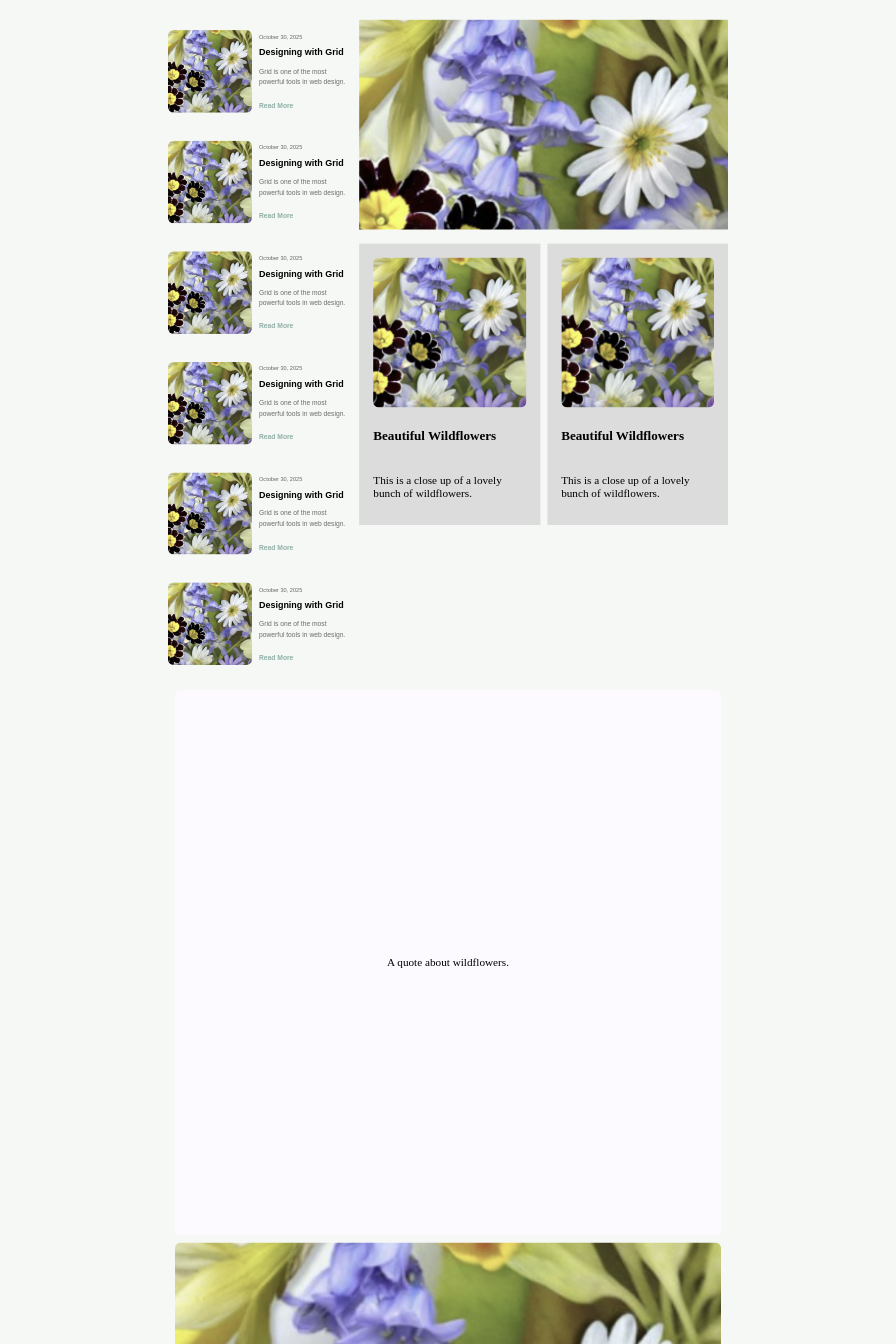
Repository: Brittany-Westlund/WebDesign
Page: Assignment5/grid.html
The author's editor kept a copy of each file at every save. The page is drawn from the files as they stood at one save, then again after the next save.
The browser window is 1280 px wide. The pictures show the part of the page from y = 0 to 1920 px (the page is 5753 px tall before and 5693 px after), at 70% of full size.

Above is the page before, as saved 2025-11-18 20:44:16.

### Assignment5/grid.html
<!DOCTYPE html>
<html lang="en">
<head>
    <meta charset="UTF-8">
    <title>Grid Layout</title>
    <link rel="stylesheet" href="style/style.css">
</head>

<body>

<div class="page-wrapper">

<div class="featured-section">

  <!-- Blog List -->
  <div class="blog-list">

    <div class="blog-preview">
      <img src="images/wildflowers-square.png" alt="A closeup of wildflowers.">
      <div class="blog-text">
        <p class="date">October 30, 2025</p>
        <h2 class="post-title">Designing with Grid</h2>
        <p class="post-preview">
          Grid is one of the most powerful tools in web design.
        </p>
        <a href="blog-post.html" class="read-more">Read More</a>
      </div>
    </div>

    <!-- You can copy/paste more blog-preview divs here if you want -->
     <div class="blog-preview">
      <img src="images/wildflowers-square.png" alt="A closeup of wildflowers.">
      <div class="blog-text">
        <p class="date">October 30, 2025</p>
        <h2 class="post-title">Designing with Grid</h2>
        <p class="post-preview">
          Grid is one of the most powerful tools in web design.
        </p>
        <a href="blog-post.html" class="read-more">Read More</a>
      </div>
    </div>

 <div class="blog-preview">
      <img src="images/wildflowers-square.png" alt="A closeup of wildflowers.">
      <div class="blog-text">
        <p class="date">October 30, 2025</p>
        <h2 class="post-title">Designing with Grid</h2>
        <p class="post-preview">
          Grid is one of the most powerful tools in web design.
        </p>
        <a href="blog-post.html" class="read-more">Read More</a>
      </div>
    </div>

     <div class="blog-preview">
      <img src="images/wildflowers-square.png" alt="A closeup of wildflowers.">
      <div class="blog-text">
        <p class="date">October 30, 2025</p>
        <h2 class="post-title">Designing with Grid</h2>
        <p class="post-preview">
          Grid is one of the most powerful tools in web design.
        </p>
        <a href="blog-post.html" class="read-more">Read More</a>
      </div>
    </div>

     <div class="blog-preview">
      <img src="images/wildflowers-square.png" alt="A closeup of wildflowers.">
      <div class="blog-text">
        <p class="date">October 30, 2025</p>
        <h2 class="post-title">Designing with Grid</h2>
        <p class="post-preview">
          Grid is one of the most powerful tools in web design.
        </p>
        <a href="blog-post.html" class="read-more">Read More</a>
      </div>
    </div>

     <div class="blog-preview">
      <img src="images/wildflowers-square.png" alt="A closeup of wildflowers.">
      <div class="blog-text">
        <p class="date">October 30, 2025</p>
        <h2 class="post-title">Designing with Grid</h2>
        <p class="post-preview">
          Grid is one of the most powerful tools in web design.
        </p>
        <a href="blog-post.html" class="read-more">Read More</a>
      </div>
    </div>

  </div> <!-- end blog-list -->

  <div class="right-column">

  <!-- Hero Section -->
  <div class="hero">
    <img src="images/wildflowers-square.png" alt="A closeup of wildflowers.">
  </div>

  <!-- Cards Section -->
  <div class="card-section">

    <div class="card">
      <img src="images/wildflowers-square.png" alt="A closeup of wildflowers.">
      <h3>Beautiful Wildflowers</h3>
      <p>This is a close up of a lovely bunch of wildflowers.</p>
    </div>

    <div class="card">
      <img src="images/wildflowers-square.png" alt="A closeup of wildflowers.">
      <h3>Beautiful Wildflowers</h3>
      <p>This is a close up of a lovely bunch of wildflowers.</p>
    </div>

  </div> <!-- end card-section -->

  </div>

</div> <!-- end featured-section -->











<div class="gallery">
      <div class="item"><p>A quote about wildflowers.</p></div>
      <div class="item"><img src="images/wildflowers-square.png" alt="A closeup of wildflowers"></div>
      <div class="item"><p>A quote about wildflowers.</p></div>
      <div class="item"><img src="images/orange-flowers.png" alt="A closeup of orange flowers"></div>
      <div class="item"><p>A quote about wildflowers.</p></div>
      <div class="item"><img src="images/red-flowers.png" alt="A closeup of red flowers"></p></div>
</div>

</div>
</body>
</html>

### Assignment5/style/style.css
body {
  background-color: #f5f8f4; /* a light sage-green tone */
}

/* The featured section */
.featured-section {
  display: grid;
  grid-template-columns: 1fr 2fr;
  grid-template-rows: auto auto;
  gap: 10px;
  align-items: start;
}

.right-column {
  display: flex;
  flex-direction: column;
  gap: 20px;
}

.page-wrapper {
  max-width: 800px;
  margin: 0 auto;
  padding: 20px;
}



/* Grid placement for the three sections */
.blog-list {
  grid-column: 1;
  grid-row: 1;
}

.hero {
  grid-column: 2;
  grid-row: 1;
  max-height: 300px;
  overflow: hidden;
}

.card-section {
  grid-column: 1 / 3; /* spans both columns */
  grid-row: 2;
}


.hero img {
  width: 100%;
  height: auto;
  display: block;
}


.blog-preview {
  display: flex; /* activates Flexbox */
  flex-direction: row; /* aligns items in a row (default, but explicit is good) */
  align-items: center; /* vertically centers items within the row */
  gap: 20px; /* adds space between items */
  max-width: 80%; /* controls total width of the content block */
  margin: 80px auto; /* centers on page with top/bottom space */
  padding: 20px 40px; /* adds subtle inner space from edges */
}

.blog-preview img {
  width: 35%;      /* image takes up 45% of the total width of .blog-preview */
  height: auto;    /* keeps proportions correct */
  border-radius: 8px; /* optional, softens corners */
}

/* Compact blog previews ONLY inside the featured section */
.featured-section .blog-preview {
  max-width: 100% !important;
  margin: 5px 0 !important;
  padding: 10px 0 !important;   /* removes the 40px left/right padding */
  gap: 10px;
  width: 100%;
  box-sizing: border-box;
}

.featured-section .blog-preview img {
  width: 120px;
  height: auto;
  flex-shrink: 0;
  border-radius: 8px;
}

.blog-list {
  display: flex;
  flex-direction: column;
  gap: 10px;
  max-width: 100%;
}


.blog-text {
  display: flex;
  flex-direction: column; /* stacks each text element vertically */
  gap: 10px; /* adds consistent space between elements */
}


.date {
  font-family: Arial, Helvetica, sans-serif;
  font-size: 0.8rem;
  color: #666;
  margin: 0;
}

.post-title {
  font-family: Arial, Helvetica, sans-serif;
  font-size: 2rem;
  font-weight: 600;
  line-height: 1.3;
  margin: 0;
}

.post-preview {
  font-family: Arial, Helvetica, sans-serif;
  font-size: 0.9rem;
  color: #6d6d6d;
  line-height: 1.6;
  margin: 0;
}

.read-more {
  font-family: Arial, Helvetica, sans-serif;
  text-decoration: none;
  font-weight: bold;
  color: #8fafa7;
  margin-top: 10px;
}

.featured-section .blog-text {
font-size: 0.6rem;
}

.featured-section .post-preview {
font-size: 0.6rem;
}

.featured-section .post-title {
font-size: 0.8rem;
}

.featured-section .date {
font-size: 0.5rem;
}



.gallery {
  display: grid;
  grid-template-columns: repeat(auto-fit, minmax(400px, 1fr));
  gap: 10px;
  margin: auto;
  padding: 10px;
}

.item {
  background-color: #fcf9ff;
  border-radius: 8px;
  aspect-ratio: 1 / 1;
  display: flex;
  justify-content: center;
}

.item img {
  padding: 0;
  width: 100%;
  height: auto; /* maintains the image's aspect ratio */
  display: block; /* clears any space after the image */
  border-radius: 8px;

}

.item p {
  text-align: center;
  display: flex;
  align-items: center;
}




.card {
  display: flex;
  flex-direction: column;
  flex: 1;
  gap: 10px;
  padding: 20px;
  background-color: gainsboro;
  max-width: 300px;
  width: 100%;
  margin-bottom: 20px;
}


.card-section {
  display: flex;
  gap: 10px;
  justify-content: space-between;
}


.card img {
  width: 100%;
  height: auto;
  border-radius: 8px;
}

















/* The main footer container */

.footer {
  display: flex; /* Places all footer sections (icons + lists) side by side in a row */
  justify-content: space-between; /* Adds equal space between each section horizontally */
  align-items: flex-start; /* Aligns all sections to the top of the footer */
  background-color: #d5d0dd; /* Sets the footer’s background color */
  padding: 30px 100px; /* Adds space inside the footer: 30px top/bottom, 100px left/right */
  font-family: Arial, Helvetica, sans-serif; /* Sets the font for the entire footer */
}

.footer ul {
  list-style: none; /* Removes the default bullets from list items */
  padding: 0; /* Removes default padding inside the <ul> */
  margin: 0; /* Removes default margin outside the <ul> */
}

.footer li {
  margin-bottom: 6px; /* Adds a little space between each list item */
  font-size: 14px; /* Makes the text slightly smaller for a neat footer look */
}

.social-icons img {
  width: 22px; /* Sets consistent icon size */
  margin-right: 10px; /* Adds space between the icons */
  vertical-align: middle; /* Keeps icons visually aligned with any text nearby */
}



@media (max-width: 600px) {
  .card-section{
    flex-direction: column;
  }
}


@media (min-width: 600px) and (max-width: 1024px) {
  /* Styles for tablets */
}





a:focus, button:focus, input:focus {
  outline: 2px solid #4a90e2;
  outline-offset: 2px;
}

After the next save:
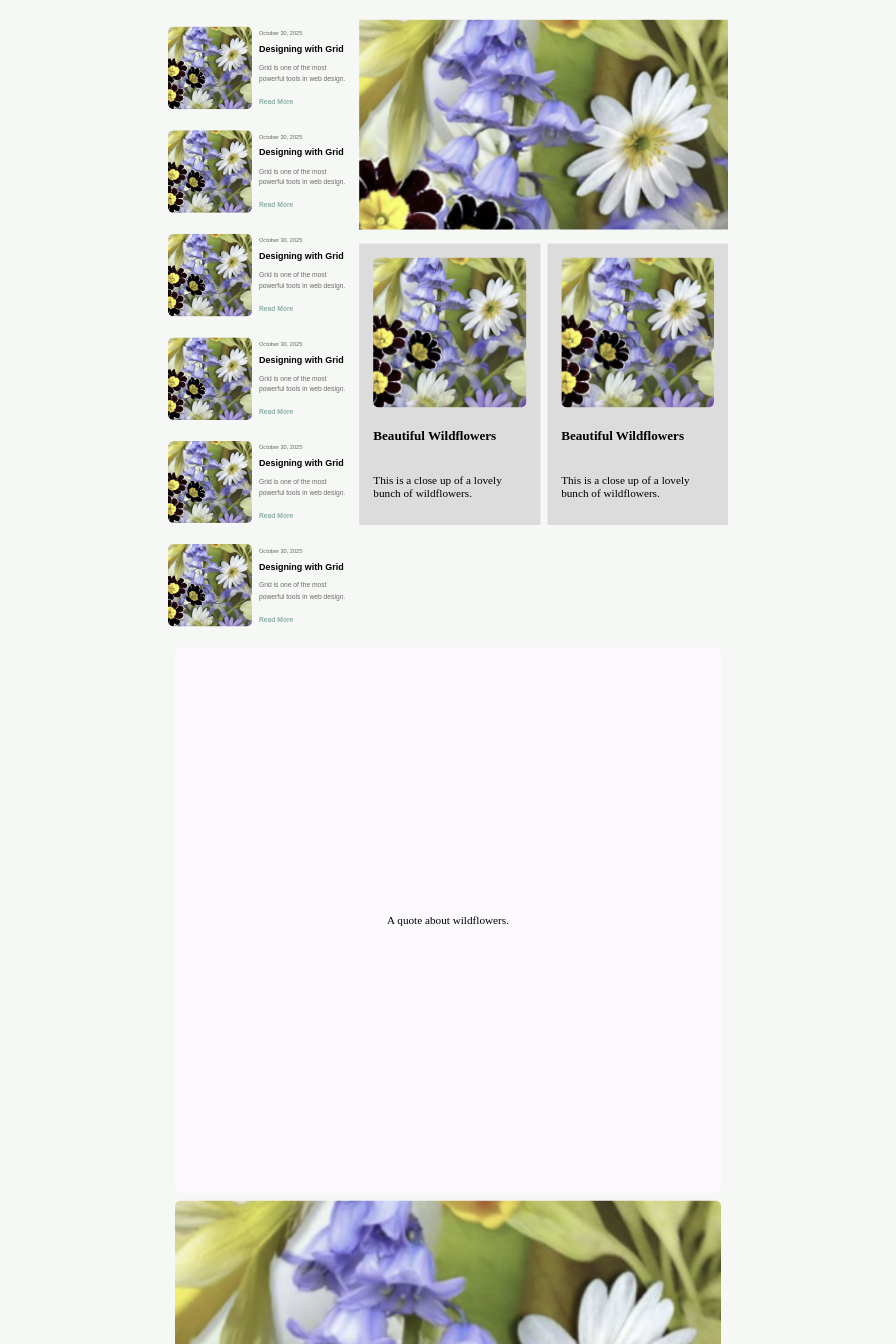
Saved 30 s later.
--- a/Assignment5/style/style.css
+++ b/Assignment5/style/style.css
@@ -70,7 +70,7 @@ body {
 /* Compact blog previews ONLY inside the featured section */
 .featured-section .blog-preview {
   max-width: 100% !important;
-  margin: 5px 0 !important;
+  margin: 0px 0 !important;
   padding: 10px 0 !important;   /* removes the 40px left/right padding */
   gap: 10px;
   width: 100%;
